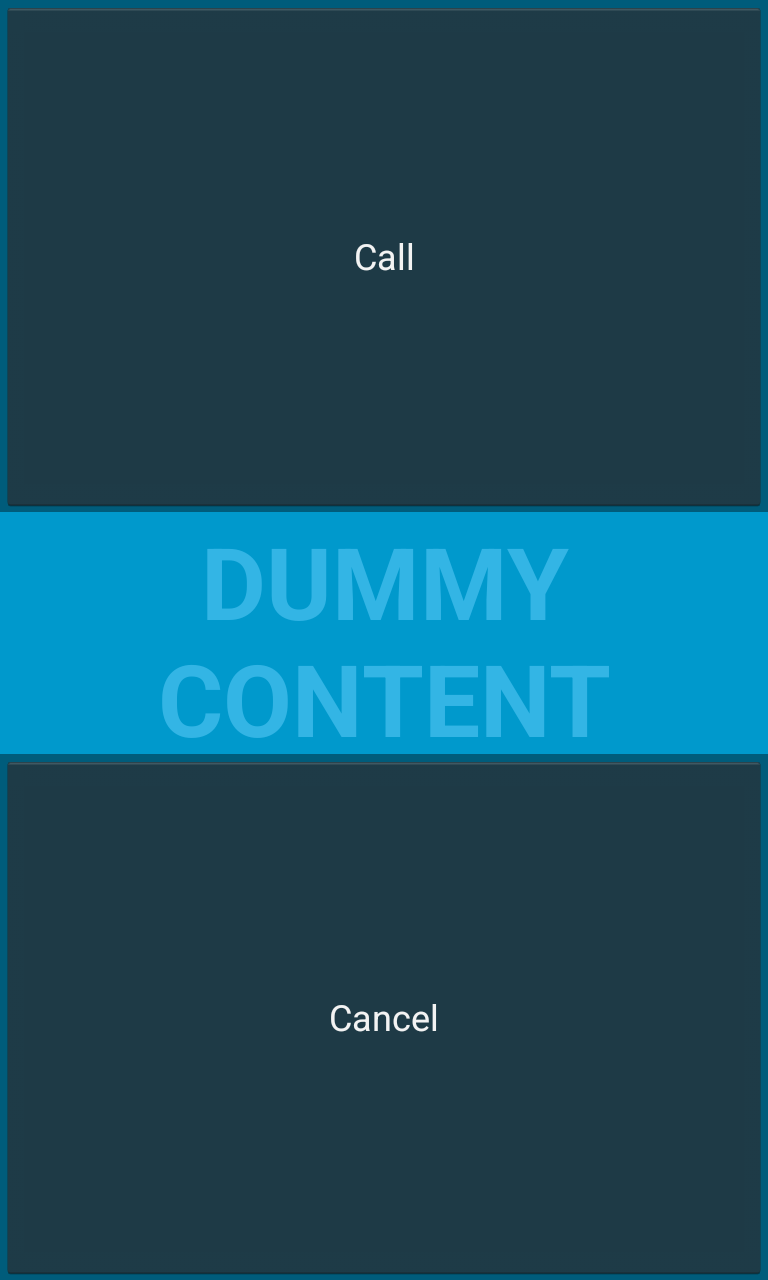
Repository: shababislam/VDialer3000
Layout: VDialer3000/res/layout/activity_fullscreen.xml
The author's editor kept a copy of each file at every save. The layout is drawn from the files as they stood at one save, then again after the next save.
It is drawn on a 768 x 1280 px phone screen (xhdpi) without system bars, with theme FullscreenTheme; the app's code is not run.

Above is the layout before, as saved 2016-12-03 22:47:43.

### VDialer3000/res/layout/activity_fullscreen.xml
<FrameLayout xmlns:android="http://schemas.android.com/apk/res/android"
    xmlns:tools="http://schemas.android.com/tools"
    android:layout_width="match_parent"
    android:layout_height="match_parent"
    android:background="#0099cc"
    tools:context="com.team_a_3000.vdialer.FullscreenActivity" >

    <!--
         The primary full-screen view. This can be replaced with whatever view
         is needed to present your content, e.g. VideoView, SurfaceView,
         TextureView, etc.
    -->

    <TextView
        android:id="@+id/fullscreen_content"
        android:layout_width="match_parent"
        android:layout_height="match_parent"
        android:gravity="center"
        android:keepScreenOn="true"
        android:text="@string/dummy_content"
        android:textColor="#33b5e5"
        android:textSize="50sp"
        android:textStyle="bold" />

    <!--
         This FrameLayout insets its children based on system windows using
         android:fitsSystemWindows.
    -->

    <FrameLayout
        android:layout_width="match_parent"
        android:layout_height="match_parent"
        android:fitsSystemWindows="true" >

        <LinearLayout
            android:id="@+id/fullscreen_content_controls"
            style="?metaButtonBarStyle"
            android:layout_width="match_parent"
            android:layout_height="263dp"
            android:layout_gravity="bottom|center_horizontal"
            android:background="@color/black_overlay"
            android:orientation="horizontal"
            tools:ignore="UselessParent" >

            <Button
                android:id="@+id/cancelButton"
                android:layout_width="match_parent"
                android:layout_height="match_parent"
                android:text="Cancel" />

        </LinearLayout>

        <LinearLayout
            android:id="@+id/LinearLayout01"
            style="?metaButtonBarStyle"
            android:layout_width="match_parent"
            android:layout_height="256dp"
            android:background="@color/black_overlay"
            android:orientation="horizontal"
            tools:ignore="UselessParent" >

            <Button
                android:id="@+id/callButton"
                android:layout_width="match_parent"
                android:layout_height="match_parent"
                android:text="Call" />

        </LinearLayout>

    </FrameLayout>

</FrameLayout>

### VDialer3000/res/values/strings.xml
<?xml version="1.0" encoding="utf-8"?>
<resources>

    <string name="app_name">VDialer</string>
    <string name="dummy_button">Dummy Button</string>
    <string name="dummy_content">DUMMY\nCONTENT</string>

</resources>

Loaded but not shown: VDialer3000/res/values-v11/styles.xml (common file); VDialer3000/res/values/styles.xml (common file); VDialer3000/res/values/colors.xml (common file)

After the next save:
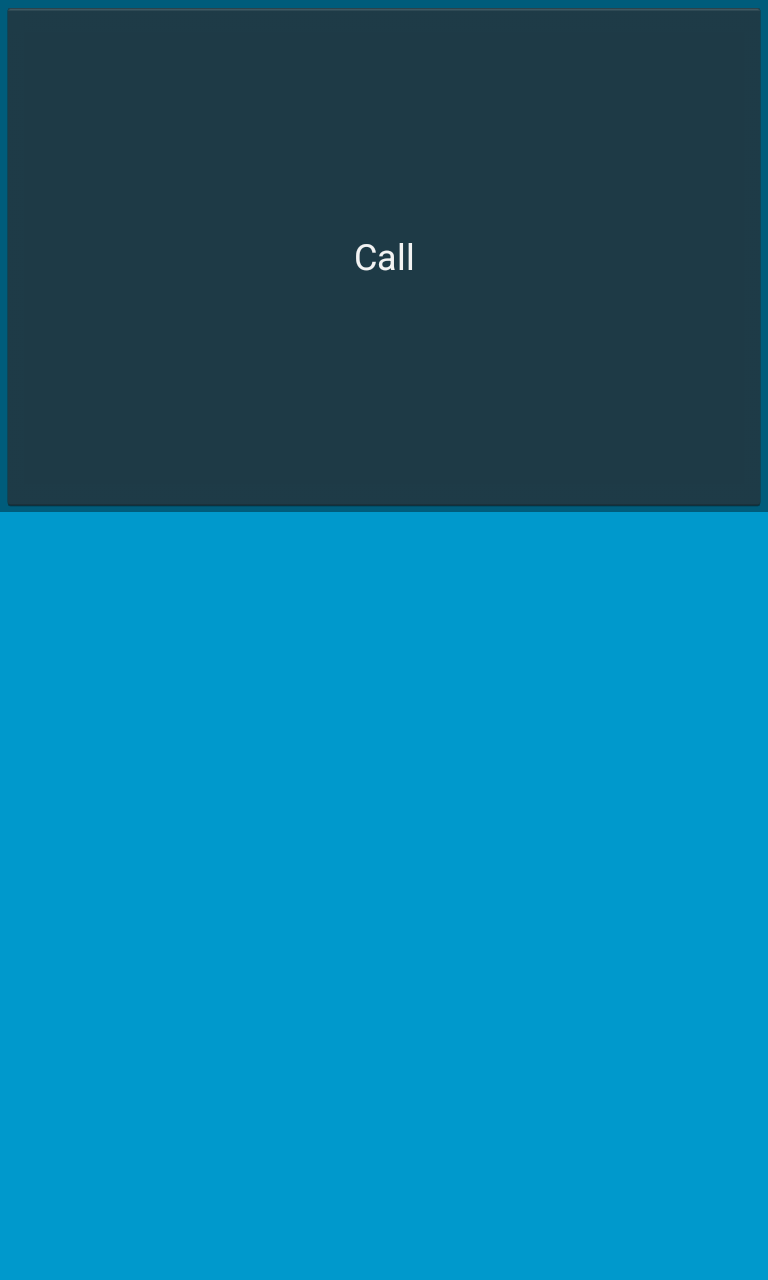
Saved 4 s later.
--- a/VDialer3000/res/layout/activity_fullscreen.xml
+++ b/VDialer3000/res/layout/activity_fullscreen.xml
@@ -11,17 +11,6 @@
          TextureView, etc.
     -->
 
-    <TextView
-        android:id="@+id/fullscreen_content"
-        android:layout_width="match_parent"
-        android:layout_height="match_parent"
-        android:gravity="center"
-        android:keepScreenOn="true"
-        android:text="@string/dummy_content"
-        android:textColor="#33b5e5"
-        android:textSize="50sp"
-        android:textStyle="bold" />
-
     <!--
          This FrameLayout insets its children based on system windows using
          android:fitsSystemWindows.
@@ -31,24 +20,6 @@
         android:layout_width="match_parent"
         android:layout_height="match_parent"
         android:fitsSystemWindows="true" >
-
-        <LinearLayout
-            android:id="@+id/fullscreen_content_controls"
-            style="?metaButtonBarStyle"
-            android:layout_width="match_parent"
-            android:layout_height="263dp"
-            android:layout_gravity="bottom|center_horizontal"
-            android:background="@color/black_overlay"
-            android:orientation="horizontal"
-            tools:ignore="UselessParent" >
-
-            <Button
-                android:id="@+id/cancelButton"
-                android:layout_width="match_parent"
-                android:layout_height="match_parent"
-                android:text="Cancel" />
-
-        </LinearLayout>
 
         <LinearLayout
             android:id="@+id/LinearLayout01"
@@ -64,7 +35,6 @@
                 android:layout_width="match_parent"
                 android:layout_height="match_parent"
                 android:text="Call" />
-
         </LinearLayout>
 
     </FrameLayout>
